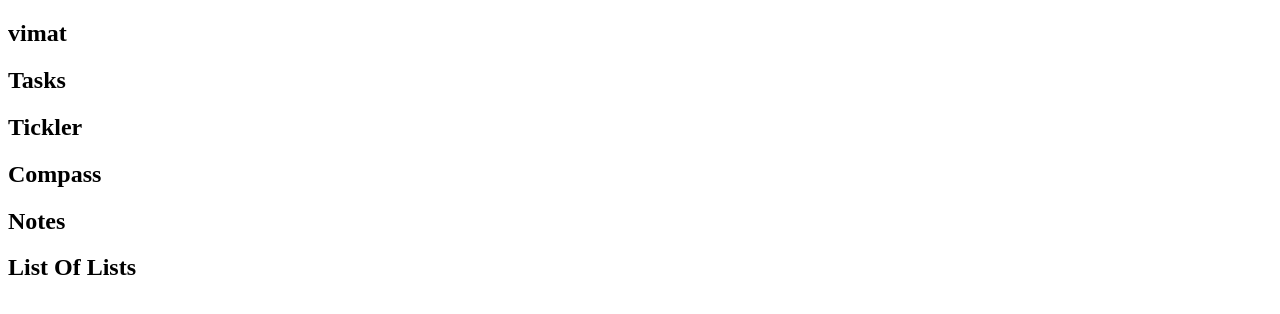
Repository: azwarners/vimat
Page: VIMAT/index.html
The author's editor kept a record of every edit. The page is drawn from the files as they stood at one moment, then again after the next edit.
The browser window is 1280 px wide. The pictures show the whole page.

Above is the page before.
Console error: ReferenceError: createNS is not defined

### VIMAT/index.html
<!DOCTYPE html>

<!--
	******************************************************************
	 Copyright 2013 Nicholas Warner

	 This file is part of vimat.

    vimat is free software: you can redistribute it and/or modify
    it under the terms of the GNU General Public License as published by
    the Free Software Foundation, either version 3 of the License, or
    (at your option) any later version.

    vimat is distributed in the hope that it will be useful,
    but WITHOUT ANY WARRANTY; without even the implied warranty of
    MERCHANTABILITY or FITNESS FOR A PARTICULAR PURPOSE.  See the
    GNU General Public License for more details.

    You should have received a copy of the GNU General Public License
    along with vimat.  If not, see <http://www.gnu.org/licenses/>.
	******************************************************************
-->

<html>
  <head>
    <title>vimat</title>
      <meta name="viewport" content="width=min-width" maximum-scale="1.0" />
      <link rel="icon" type="image/png" href="resources/rosiefavicon.png">
      <link rel="stylesheet" type="text/css" href="vimat.css">
  </head>
  <body onload="initialize()" id="body">
    <section class="tool">
      <h1>vimat</h1>
    </section>

    <section class="tool">
      <h2 onclick="taskListModuleHeaderClicked()">Tasks</h2>
      <div id="taskListModuleTool"></div>
    </section>

    <section class="tool">
      <h2 onclick="ticklerHeaderClicked()">Tickler</h2>
      <div id="ticklerTool"></div>
    </section>

    <!--<section class="tool">-->
    <!--  <h2 onclick="projectsHeaderClicked()">Projects</h2>-->
    <!--  <div id="projectsTool"></div>-->
    <!--</section>-->

    <section class="tool">
      <h2 onclick="compassHeaderClicked()">Compass</h2>
      <div id="compassTool"></div>
    </section>

    <section class="tool">
      <h2 onclick="notesHeaderClicked()">Notes</h2>
      <div id="notesTool"></div>
    </section>

    <section class="tool">
      <h2 onclick="listOfListsHeaderClicked()">List Of Lists</h2>
      <div id="listOfListsTool"></div>
    </section>

    <!--css tree example -->
    <!--<ol class="menutree">-->
    <!--  <li>-->
    <!--    <label class="menu_label" for="c1">Menu Gen14 Am0a1</label>-->
    <!--    <input type="checkbox" id="c1" /> -->
           <!--input must follow label for safari -->
    <!--    <ol>-->
    <!--      <li>-->
    <!--        <label for="c2" class="menu_label">Menu Am1a1</label>-->
    <!--        <input type="checkbox" id="c2" />-->
    <!--        <ol>-->
    <!--          <li class="page"><a href="#">Page Ap1a1</a></li>-->
    <!--          <li class="page"><a href="#">Page Ap1a2</a></li>-->
    <!--          <li class="page"><a href="#">Page Ap1a3</a></li>-->
    <!--        </ol>-->
    <!--      </li>-->
    <!--      <li>-->
    <!--        <label for="c3" class="menu_label">Menu Am1b1</label>-->
    <!--        <input type="checkbox" id="c3" />-->
    <!--        <ol>-->
    <!--          <li class="page"><a href="#">Page Ap1b1</a></li>-->
    <!--          <li>-->
    <!--            <label for="c4" class="menu_label">Menu Am2b1 </label>-->
    <!--            <input type="checkbox" id="c4" />-->
    <!--            <ol>-->
    <!--              <li class="page"><a href="#">Page Ap2b1</a></li>-->
    <!--            </ol>-->
    <!--          </li>-->
    <!--        </ol>-->
    <!--      </li>-->
    <!--    </ol>-->
    <!--  </li>-->
    <!--  <li>-->
    <!--    <label class="menu_label" for="c5">Menu Bm0a1</label>-->
    <!--    <input type="checkbox" id="c5" />-->
    <!--    <ol>-->
    <!--      <li>-->
    <!--        <label for="c6" class="menu_label">Menu Bm1a1</label>-->
    <!--        <input type="checkbox" id="c6" />-->
    <!--        <ol>-->
    <!--          <li class="page"><a href="#">Page Bp1a1</a></li>-->
    <!--        </ol>-->
    <!--      </li>-->
    <!--      <li>-->
    <!--        <label for="c7" class="menu_label">Menu Bm1b1</label>-->
    <!--        <input type="checkbox" id="c7" />-->
    <!--        <ol>-->
    <!--          <li class="page"><a href="#">Page Bp1b1</a></li>-->
    <!--          <li>-->
    <!--            <label for="c8" class="menu_label">Menu Bm2b1</label>-->
    <!--            <input type="checkbox" id="c8" />-->
    <!--            <ol>-->
    <!--              <li class="page"><a href="#">Page Bp2b1</a></li>-->
    <!--            </ol>-->
    <!--          </li>-->
    <!--        </ol>-->
    <!--      </li>-->
    <!--    </ol>-->
    <!--  </li>-->
    <!--</ol>-->


        <script src="js/utilities.js"></script>
        <script src="js/settings.js"></script>
        <script src="js/controller.js"></script>
        <script src="vimat.js"></script>
        <script src="js/model.js"></script>
        <script src="htm/htm.js"></script>
        <script src="js/view.js"></script>
        <script src="js/db.js"></script>

    </body>

</html>

### VIMAT/js/settings.js
/*
	******************************************************************
	 Copyright 2013 Nicholas Warner

	 This file is part of vimat.

    vimat is free software: you can redistribute it and/or modify
    it under the terms of the GNU General Public License as published by
    the Free Software Foundation, either version 3 of the License, or
    (at your option) any later version.

    vimat is distributed in the hope that it will be useful,
    but WITHOUT ANY WARRANTY; without even the implied warranty of
    MERCHANTABILITY or FITNESS FOR A PARTICULAR PURPOSE.  See the
    GNU General Public License for more details.

    You should have received a copy of the GNU General Public License
    along with vimat.  If not, see <http://www.gnu.org/licenses/>.
	******************************************************************
*/

// Root Namespace
var VIMAT = VIMAT || {};

// Create the namespace for the task list
createNS("VIMAT.SETTINGS");

VIMAT.SETTINGS.general = ( function () {
    // private variables
    var taskListIsDisplayed = false;

    // private methods
    var getTaskListIsDisplayed = function(){
        return taskListIsDisplayed;
    };
    var setTaskListIsDisplayed = function(t){
        taskListIsDisplayed = t;
    };
    // public API
    return {
        getTaskListIsDisplayed: getTaskListIsDisplayed,
        setTaskListIsDisplayed: setTaskListIsDisplayed
    };
}) ();

### VIMAT/js/controller.js
/*
	******************************************************************
	 Copyright 2013 Nicholas Warner

	 This file is part of vimat.

    vimat is free software: you can redistribute it and/or modify
    it under the terms of the GNU General Public License as published by
    the Free Software Foundation, either version 3 of the License, or
    (at your option) any later version.

    vimat is distributed in the hope that it will be useful,
    but WITHOUT ANY WARRANTY; without even the implied warranty of
    MERCHANTABILITY or FITNESS FOR A PARTICULAR PURPOSE.  See the
    GNU General Public License for more details.

    You should have received a copy of the GNU General Public License
    along with vimat.  If not, see <http://www.gnu.org/licenses/>.
	******************************************************************
*/

// Root Namespace
var VIMAT = VIMAT || {};

// Create the namespace for the task list
createNS("VIMAT.CONTROLLER");

VIMAT.CONTROLLER.taskList = (function () {
    // private variables

    // private methods

   // public API
    return {
        taskListClicked: function(){
            alert('were in VIMAT.CONTROLLER.taskListClicked');
            if (VIMAT.SETTINGS.gettaskListIsDisplayed()) {
                VIMAT.VIEW.taskList.hideTaskList();
            }
            else {
                VIMAT.VIEW.taskList.displayTaskList();
                // displayTaskList();
            }
        }
    };
}) ();

### VIMAT/vimat.js
/*
	******************************************************************
	 Copyright 2013 Nicholas Warner

	 This file is part of vimat.

    vimat is free software: you can redistribute it and/or modify
    it under the terms of the GNU General Public License as published by
    the Free Software Foundation, either version 3 of the License, or
    (at your option) any later version.

    vimat is distributed in the hope that it will be useful,
    but WITHOUT ANY WARRANTY; without even the implied warranty of
    MERCHANTABILITY or FITNESS FOR A PARTICULAR PURPOSE.  See the
    GNU General Public License for more details.

    You should have received a copy of the GNU General Public License
    along with vimat.  If not, see <http://www.gnu.org/licenses/>.
	******************************************************************
*/

var VIMAT = VIMAT || {};

/*
This file is a facade for 'js/controller.js'
This is essentially a file containing the functions for a large
    and growing list of onclick attributes defined in the html
    tags located in index.html and htm/htm.js.
This file may disappear or change as I learn how to implement
    event handlers. According to most of the textbooks, onclick
    in the markup is bad, but click event handler in the script
    is good. It seems to me that either way you have a little bit
    of bleeding between the presentation layer and the logic
    layer. I will, however, eventually follow convention.
*/

VIMAT.namespace("VIMAT.CONTROLLER");

function initialize(){
    VIMAT.CONTROLLER.initialize();
}

// Task List Old
function taskListHeaderClicked() {
    VIMAT.CONTROLLER.taskListHeaderClicked();
}
function stringifyTasks() {
    VIMAT.CONTROLLER.stringifyTasks();
}
function addTaskButtonClicked() {
    VIMAT.CONTROLLER.addTaskButtonClicked();
}
function checkBoxChanged(e) {
    VIMAT.CONTROLLER.checkBoxChanged(e);
}
function newTaskButtonClicked(){
    VIMAT.CONTROLLER.newTaskButtonClicked();
}
function clearCompletedButtonClicked() {
    VIMAT.CONTROLLER.clearCompletedButtonClicked();
}
function moveToProjectButtonClicked() {
    VIMAT.CONTROLLER.moveToProjectButtonClicked();
}
function taskClicked(e) {
    VIMAT.CONTROLLER.taskClicked(e);
}
function editTaskButtonClicked() {
    VIMAT.CONTROLLER.editTaskButtonClicked();
}

// Task List Module New
function taskListModuleHeaderClicked() {
    VIMAT.CONTROLLER.taskListModuleHeaderClicked();
}
function textExportClicked() {
    VIMAT.CONTROLLER.textExportClicked();
}
function newTaskClicked(){
    VIMAT.CONTROLLER.newTaskClicked();
}
function clearCompletedClicked() {
    VIMAT.CONTROLLER.clearCompletedClicked();
}
function moveToProjectClicked() {
    VIMAT.CONTROLLER.moveToProjectClicked();
}
function addTaskClicked() {
    VIMAT.CONTROLLER.addTaskClicked();
}
// function checkBoxChanged(e) {
//     VIMAT.CONTROLLER.checkBoxChanged(e);
// }
// function taskClicked(e) {
//     VIMAT.CONTROLLER.taskClicked(e);
// }
// function editTaskButtonClicked() {
//     VIMAT.CONTROLLER.editTaskButtonClicked();
// }

// Tickler
function ticklerHeaderClicked() {
    VIMAT.CONTROLLER.ticklerHeaderClicked();
}

// Compass
function compassHeaderClicked() {
    VIMAT.CONTROLLER.compassHeaderClicked();
}

// Time Tracker
function punchIn(e) {
    VIMAT.CONTROLLER.punchIn(e);
}
function punchOut(e) {
    VIMAT.CONTROLLER.punchOut(e);
}

// Notes
function notesHeaderClicked() {
    VIMAT.CONTROLLER.notesHeaderClicked();
}
function newNoteButtonClicked(){
    VIMAT.CONTROLLER.newNoteButtonClicked();
}
function addNoteButtonClicked() {
    VIMAT.CONTROLLER.addNoteButtonClicked();
}

// Project List
function projectsHeaderClicked() {
    VIMAT.CONTROLLER.projectsHeaderClicked();
}
function addProjectButtonClicked() {
    VIMAT.CONTROLLER.addProjectButtonClicked();
}
function newProjectButtonClicked(){
    VIMAT.CONTROLLER.newProjectButtonClicked();
}

// calendar
function calendarHeaderClicked() {
    VIMAT.CONTROLLER.calendarHeaderClicked();
}

// List of Lists
function listOfListsHeaderClicked() {
    VIMAT.CONTROLLER.listOfListsHeaderClicked();
}
function listItemCheckBoxChanged(e) {
    VIMAT.CONTROLLER.listItemCheckBoxChanged(e);
}
function newListButtonClicked() {
    VIMAT.CONTROLLER.newListButtonClicked();
}
function newItemButtonClicked() {
    VIMAT.CONTROLLER.newItemButtonClicked();
}
function currentListChanged() {
    VIMAT.CONTROLLER.currentListChanged();
}

### VIMAT/js/model.js
/*
	******************************************************************
	 Copyright 2013 Nicholas Warner

	 This file is part of vimat.

    vimat is free software: you can redistribute it and/or modify
    it under the terms of the GNU General Public License as published by
    the Free Software Foundation, either version 3 of the License, or
    (at your option) any later version.

    vimat is distributed in the hope that it will be useful,
    but WITHOUT ANY WARRANTY; without even the implied warranty of
    MERCHANTABILITY or FITNESS FOR A PARTICULAR PURPOSE.  See the
    GNU General Public License for more details.

    You should have received a copy of the GNU General Public License
    along with vimat.  If not, see <http://www.gnu.org/licenses/>.
	******************************************************************
*/

// Root Namespace
var VIMAT = VIMAT || {};

// Create the namespace for the data model
VIMAT.createNS("VIMAT.MODEL");

VIMAT.MODEL.Task = function(descr){
    // private variables

    var id              = 0,        // id will be assigned by a settings module (nextID)
        description     = descr,       // string describing the task
        finished        = false,    // boolean that is true when the task is completed
        dueDate         = '',       // string containing JSON Date for the due date
        context         = '',       // string for context (popular convention is to begin with '@')
        priority        = '',       // string for priority (importance)
        urgency         = '',       // string for urgency (how high is the fire to fight)
        repeating       = false,    // boolean telling whether or not the task repeats
        dueOrCompletion = 'd',      // string telling whether it repeats from due date ('d') or completion date ('c')
        repeatInterval  = 'd',      // string providing the repeating interval ('d', 'w', 'm', 'y')
        repeatFrequency = 1;        // number telling how many days, weeks, months or years pass before repeating

    // private methods
    var getId = function(){
        return id;
    };
    var getDescription = function(){
        return description;
    };
    var getFinished = function(){
        return finished;
    };
    var getDueDate = function(){
        return dueDate;
    };
    var getContext = function(){
        return context;
    };
    var getPriority = function(){
        return priority;
    };
    var getUrgency = function(){
        return urgency;
    };
    var getRepeating = function(){
        return repeating;
    };
    var getDueOrCompletion = function(){
        return dueOrCompletion;
    };
    var getRepeatInterval = function(){
        return repeatInterval;
    };
    var getRepeatFrequency = function(){
        return repeatFrequency;
    };

    // public API
    return {
        getId               : getId,
        getDescription      : getDescription,
        getFinished         : getFinished,
        getDueDate          : getDueDate,
        getContext          : getContext,
        getPriority         : getPriority,
        getUrgency          : getUrgency,
        getRepeating        : getRepeating,
        getDueOrCompletion  : getDueOrCompletion,
        getRepeatInterval   : getRepeatInterval,
        getRepeatFrequency  : getRepeatFrequency
    };
};

### VIMAT/js/view.js
/*
	******************************************************************
	 Copyright 2013 Nicholas Warner

	 This file is part of vimat.

    vimat is free software: you can redistribute it and/or modify
    it under the terms of the GNU General Public License as published by
    the Free Software Foundation, either version 3 of the License, or
    (at your option) any later version.

    vimat is distributed in the hope that it will be useful,
    but WITHOUT ANY WARRANTY; without even the implied warranty of
    MERCHANTABILITY or FITNESS FOR A PARTICULAR PURPOSE.  See the
    GNU General Public License for more details.

    You should have received a copy of the GNU General Public License
    along with vimat.  If not, see <http://www.gnu.org/licenses/>.
	******************************************************************
*/

// Root Namespace
var VIMAT = VIMAT || {};

// Create the namespace for the task list
createNS("VIMAT.VIEW");

VIMAT.VIEW.taskList = ( function () {
    // private variables

    // private methods
    var hideTaskList = function(){
        document.getElementById('taskList').innerHTML = '';
        VIMAT.SETTINGS.setTaskListIsDisplayed(false);
        // saveSettings();
    };
    var displayTaskList = function(){
        var htmlToAdd   = '',
            i           = 0;

        htmlToAdd += '<button onclick="newTaskButtonClicked()">New<br/>Task</button>';
        htmlToAdd += '<button onclick="clearCompletedButtonClicked()">Clear<br/>';
        htmlToAdd += 'completed</button>';
        htmlToAdd += '<button onclick="moveToProjectButtonClicked()">Move to<br/>';
        htmlToAdd += 'project</button>';
        htmlToAdd += '<div id="newTaskForm"></div>';
        htmlToAdd += '<div id="tasksDiv"></div>';

        document.getElementById('taskList').innerHTML = htmlToAdd;
        // clearing the <div> for the new string
        document.getElementById('tasksDiv').innerHTML = '';

        for (i = 0; i < VIMAT.TOOLS.taskList.getLength(); i++) {
            displayTaskListItemById(i);
        }
    };
    var displayTaskListItemById = function(taskId){
        // creating a string to store the html for the task list item
        var htm = '';

        // creating a variable with the current time/date stamp for comparing
        var now = (new Date()).toJSON();

        // checkbox
        htm += VIMAT.returnCheckBoxMarkup('checkBoxChanged(event)', taskId, VIMAT.TOOLS.taskList.tasks[taskId].getFinished());

        // description
        htm += '<span onclick="taskClicked(event)" id="td';
        htm += taskId + '">';
        htm += (VIMAT.TOOLS.taskList.tasks[taskId].getDescription()).toString();
        htm += '</span><br/>';

        // compass
        if (VIMAT.TOOLS.taskList.tasks[taskId].getCompass()) {
            htm += VIMAT.TOOLS.taskList.tasks[taskId].getCompass() + '   ';
        }

        // due date
        if (typeof VIMAT.TOOLS.taskList.tasks[taskId].getDueDate() === 'string') {
            htm += (new Date(VIMAT.TOOLS.taskList.tasks[taskId].getDueDate())).toDateString() + '<br/>';
        }

        // container for an optional edit form
        htm += '<div id="ef' + taskId.toString() + '"></div><br/>';

        // put the task on the page
        if (!(VIMAT.TOOLS.taskList.tasks[taskId].getDueDate() > now)) {
            document.getElementById('tasksDiv').innerHTML += htm;
        }
        VIMAT.SETTINGS.setTaskListIsDisplayed(true);
        // saveSettings();
    };

   // public API
    return {
        hideTaskList: hideTaskList,
        displayTaskList: displayTaskList
    };
}) ();




// Tasks






function displayNewTaskForm() {
    var htmlToAdd = '';

    htmlToAdd += 'Enter a task:<br/><input type="text" id="taskInput"/><br/>';
    htmlToAdd += '<button onclick="addTaskButtonClicked()">Add Task</button>';

    document.getElementById('newTaskForm').innerHTML = htmlToAdd;
}

function hideNewTaskForm() {
    document.getElementById('newTaskForm').innerHTML = '';
}

var editTaskFormIsDisplayed = false;

// id of task description <span> of task being edited
var currentTaskBeingEdited;

function displayEditTaskForm(t) {
    hideNewTaskForm();
    if (editTaskFormIsDisplayed) {
        hideEditTaskForm(currentTaskBeingEdited);
    }

    // tasks[] index of the task being edited
    var i = parseInt(t.slice(2), 10);

    var htmlToAdd = '';

    // description text box
    htmlToAdd += 'Description: <input type="text" id="taskInput"';
    htmlToAdd += ' value="' + tasks[i].description + '"/><br/>';

    // compass drop down
    if (tasks[i].compass === 'Wellness') {
        htmlToAdd += 'Compass: <select id="compass"><option value="Wellness" selected>Wellness</option>';
    } else {
        htmlToAdd += 'Compass: <select id="compass"><option value="Wellness">Wellness</option>';
    }
    if (tasks[i].compass === 'Education') {
        htmlToAdd += '<option value="Education" selected>Education</option>';
    } else {
        htmlToAdd += '<option value="Education">Education</option>';
    }
    if (tasks[i].compass === 'Finance') {
        htmlToAdd += '<option value="Finance" selected>Finance</option>';
    } else {
        htmlToAdd += '<option value="Finance">Finance</option>';
    }
    if (tasks[i].compass === 'Art') {
        htmlToAdd += '<option value="Art" selected>Art</option>';
    } else {
        htmlToAdd += '<option value="Art">Art</option>';
    }
    if (tasks[i].compass === 'Chores') {
        htmlToAdd += '<option value="Chores" selected>Chores</option>';
    } else {
        htmlToAdd += '<option value="Chores">Chores</option>';
    }
    if (tasks[i].compass === 'Relations') {
        htmlToAdd += '<option value="Relations" selected>Relations</option>';
    } else {
        htmlToAdd += '<option value="Relations">Relations</option>';
    }
    if (tasks[i].compass === 'Projects') {
        htmlToAdd += '<option value="Projects" selected>Projects</option>';
    } else {
        htmlToAdd += '<option value="Projects">Projects</option>';
    }
    if (tasks[i].compass === 'Tools') {
        htmlToAdd += '<option value="Tools" selected>Tools</option>';
    } else {
        htmlToAdd += '<option value="Tools">Tools</option>';
    }
    htmlToAdd += '</select><br/>';

    // date picker
    var d = new Date(); // for setting the default to today's date
    htmlToAdd += 'Date: <input type="date" id="dueDate" value="';
    htmlToAdd += tasks[i].dueDate.slice(0, 10) + '"><br/>';

    // save button
    htmlToAdd += '<button onclick="editTaskButtonClicked()">Save Changes</button>';

    var ef = 'ef' + i.toString();
    document.getElementById(ef).innerHTML = htmlToAdd;

    editTaskFormIsDisplayed = true;
    currentTaskBeingEdited = t;
}

function hideEditTaskForm(t) {
    document.getElementById('ef' + t.slice(2)).innerHTML = '';
}

Loaded but not shown: VIMAT/htm/htm.js (no copy from this time; the picture is the same without it); VIMAT/js/db.js (no copy from this time; the picture is the same without it); VIMAT/js/utilities.js (no copy from this time; the picture is the same without it); VIMAT/vimat.css (no stored copy; drawn as an empty file)

After the next edit:
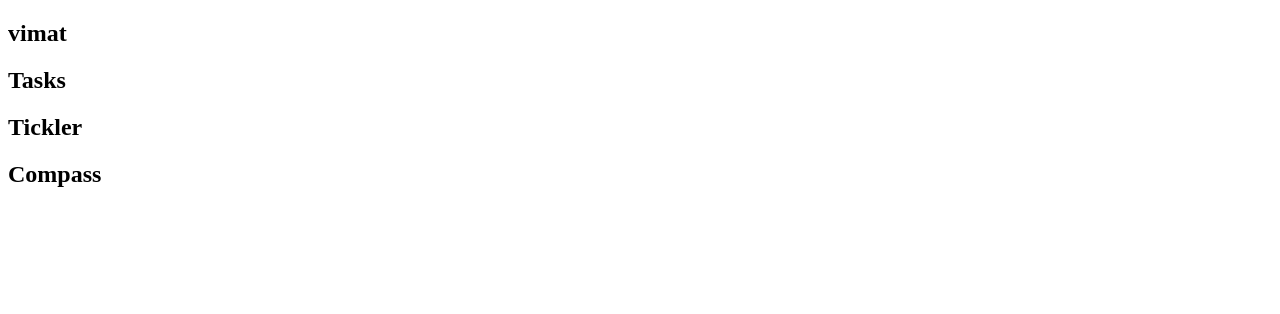
The edit:
--- a/VIMAT/index.html
+++ b/VIMAT/index.html
@@ -53,15 +53,15 @@
       <div id="compassTool"></div>
     </section>
 
-    <section class="tool">
-      <h2 onclick="notesHeaderClicked()">Notes</h2>
-      <div id="notesTool"></div>
-    </section>
+    <!--<section class="tool">-->
+    <!--  <h2 onclick="notesHeaderClicked()">Notes</h2>-->
+    <!--  <div id="notesTool"></div>-->
+    <!--</section>-->
 
-    <section class="tool">
-      <h2 onclick="listOfListsHeaderClicked()">List Of Lists</h2>
-      <div id="listOfListsTool"></div>
-    </section>
+    <!--<section class="tool">-->
+    <!--  <h2 onclick="listOfListsHeaderClicked()">List Of Lists</h2>-->
+    <!--  <div id="listOfListsTool"></div>-->
+    <!--</section>-->
 
     <!--css tree example -->
     <!--<ol class="menutree">-->
